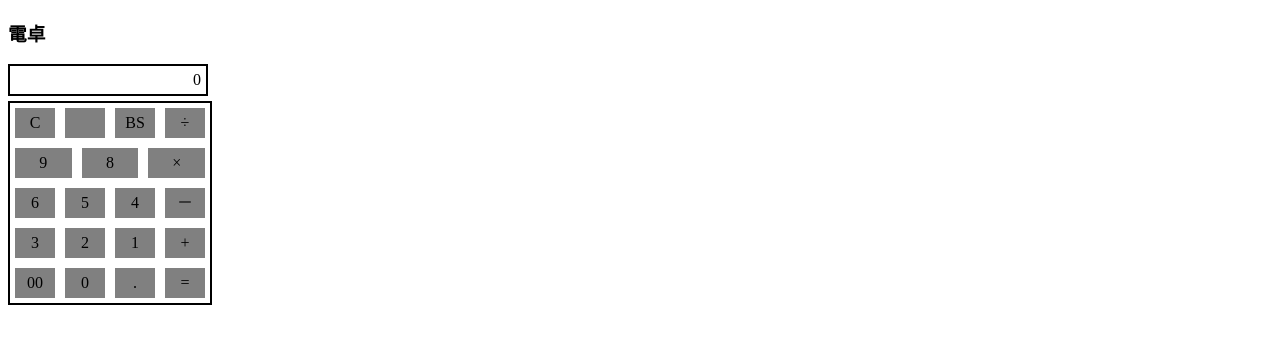
Repository: haya67/jsCalculator
Page: index.html
The author's editor kept a record of every edit. The page is drawn from the files as they stood at one moment, then again after the next edit.
The browser window is 1280 px wide. The pictures show the whole page.
Some web libraries are served in a nearby version.

Above is the page before.

After the next edit:
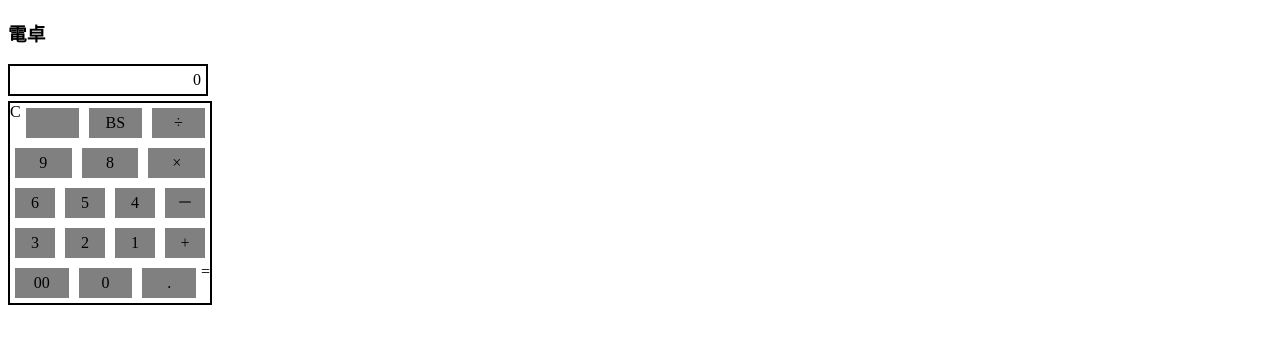
The edit:
--- a/main.css
+++ b/main.css
@@ -27,7 +27,7 @@
   width: 200px;
 }
 
-.num_bth, #clear, #equal_btn{
+.num_bth {
   width: 60px;
   height: 30px;
   text-align: center;
